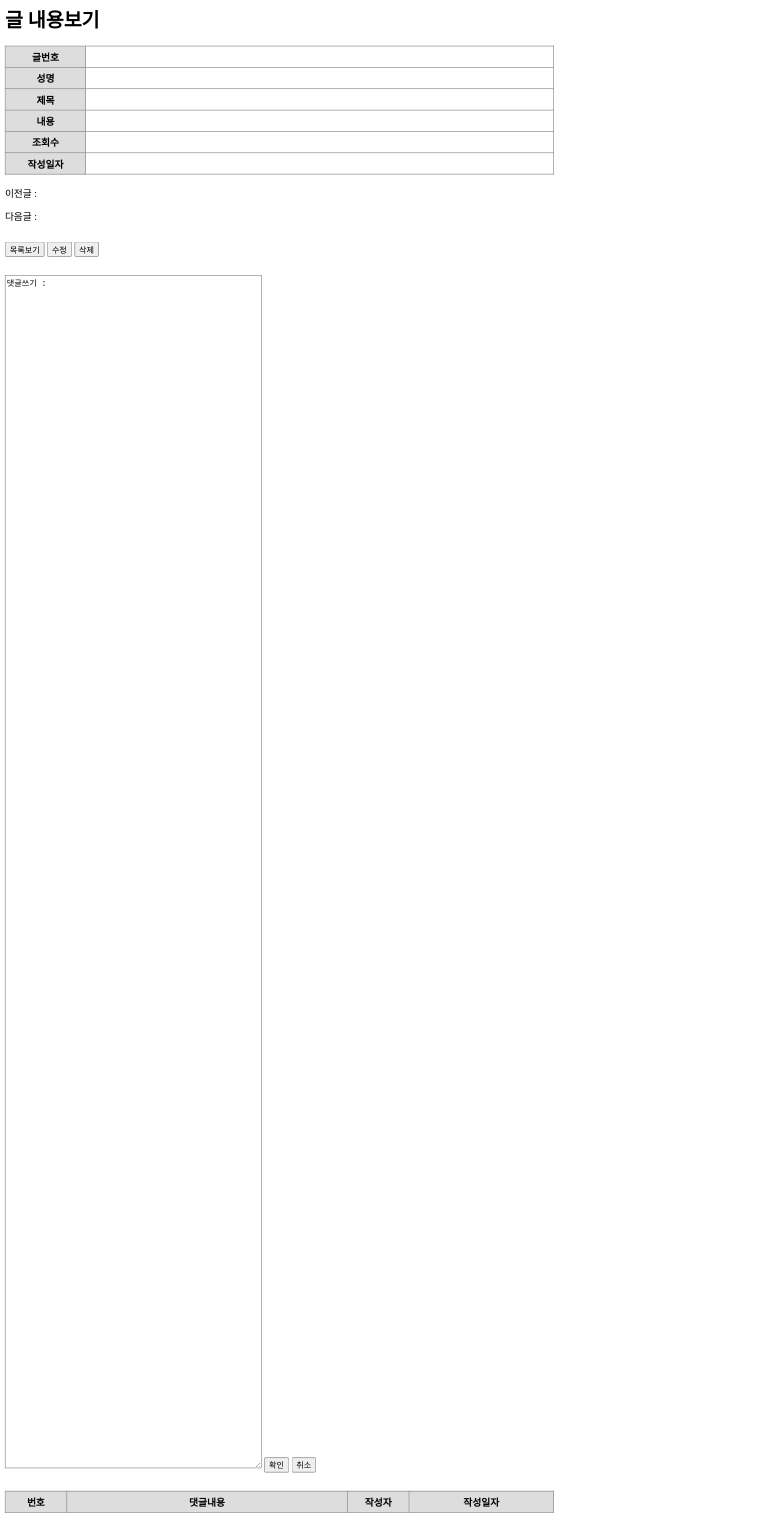
Repository: gold37/Spring
Page: http://localhost/Board/WEB-INF/views/tiles1/board/view.jsp
The author's editor kept a copy of each file at every save. The page is drawn from the files as they stood at one save, then again after the next save.
The browser window is 1280 px wide. The pictures show the whole page, at 61% of full size.
The page is served by Tomcat 9. Nobody is signed in. The template is opened directly, without the code that normally fills it, so the values that code supplies are empty.

Above is the page before, as saved 2020-07-17 06:43:22.
Console error: ReferenceError: $ is not defined

After the next save:
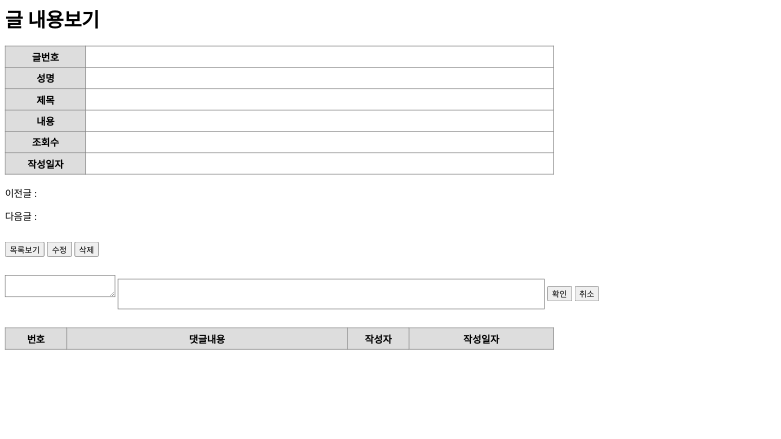
Saved 48 s later.
--- a/springworkspace/Board/src/main/webapp/WEB-INF/views/tiles1/board/view.jsp
+++ b/springworkspace/Board/src/main/webapp/WEB-INF/views/tiles1/board/view.jsp
@@ -96,7 +96,8 @@ a {text-decoration: none !important;}
 
 
 	<div style="margin-top: 30px;">
-		<textarea rows="130" cols="50">댓글쓰기 :</textarea>
+		<textarea rows="" cols=""></textarea>
+		<input type="text" style="width:700px; height: 50px;" >
 		<button>확인</button>
 		<button>취소</button>
 	</div>
